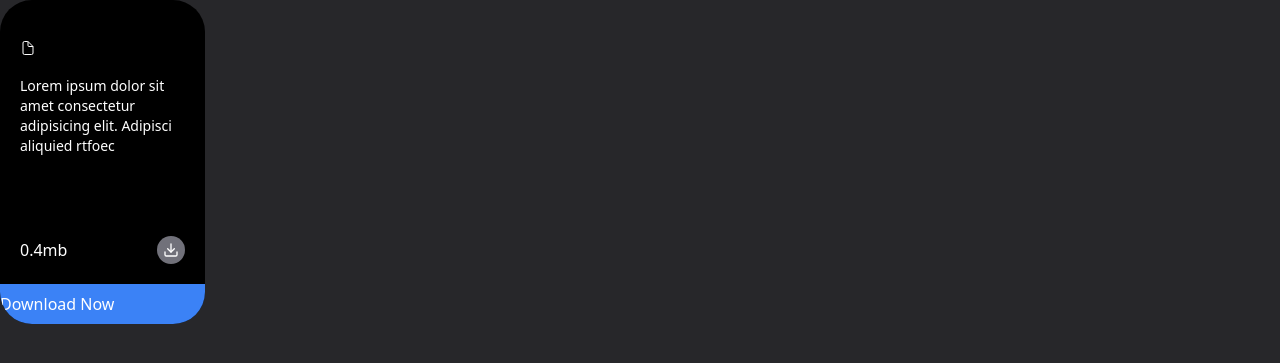
Repository: SharonSebastian32/dragable_cards
Page: /
These files come from the project's save history. The page is drawn as it stood at one moment and after the next save; the edit follows.
The browser window is 1280 px wide. The pictures show the whole page.
The project was rebuilt for these pictures with package versions that can differ from the ones it lists, and the page was loaded fresh each time. Also part of the build but not shown: vite.config.js.

Above is the page before, as saved 2024-08-21 10:30:02.

### src/App.jsx
import Background from "./Components/Background";
import Foreground from "./Components/Foreground";

const App = () => {
  return (
    <div className="w-full h-screen bg-zinc-800 relative">
      <Background />
      <Foreground/>
    </div>
  );
};
export default App;

### src/Components/Background.jsx
const Background = () => {
  return <div className="w-full h-full fixed z-[2]"> </div>;
};

export default Background;

### src/Components/Foreground.jsx
import Card from "./Card";

const Foreground = () => {
  return (
    <div className="w-full h-full fixed top-0 left-0 z-[3]">
      <Card />
    </div>
  );
};

export default Foreground;

### src/Components/Card.jsx
import { IoDocumentOutline } from "react-icons/io5";
import { LuDownload } from "react-icons/lu";
const Card = () => {
  return (
    <div className="w-[16vw] h-[45vh] rounded-[2rem] text-white px-5 py-10 bg-black relative overflow-hidden">
      <IoDocumentOutline />
      <p className="text-sm font-medium mt-5">
        Lorem ipsum dolor sit amet consectetur adipisicing elit. Adipisci
        aliquied rtfoec{" "}
      </p>
      {/* footer   */}
      <div className="footer  absolute bottom-0 left-0 w-full h-15  ">
        <div className="flex items-center justify-between p-5">
          <h5>0.4mb</h5>
          <span className="w-7 h-7 bg-zinc-500 rounded-full flex items-center justify-center cursor-pointer">
            <LuDownload />{" "}
          </span>
        </div>{" "}
        <div className="w-full h-10 bg-blue-500 flex items-center jus ">
          <h2 className=" "> Download Now </h2>
        </div>
      </div>
    </div>
  );
};

export default Card;

Loaded but not shown: index.html (common file); src/main.jsx (common file); src/index.css (common file); tailwind.config.js (common file)

After the next save:
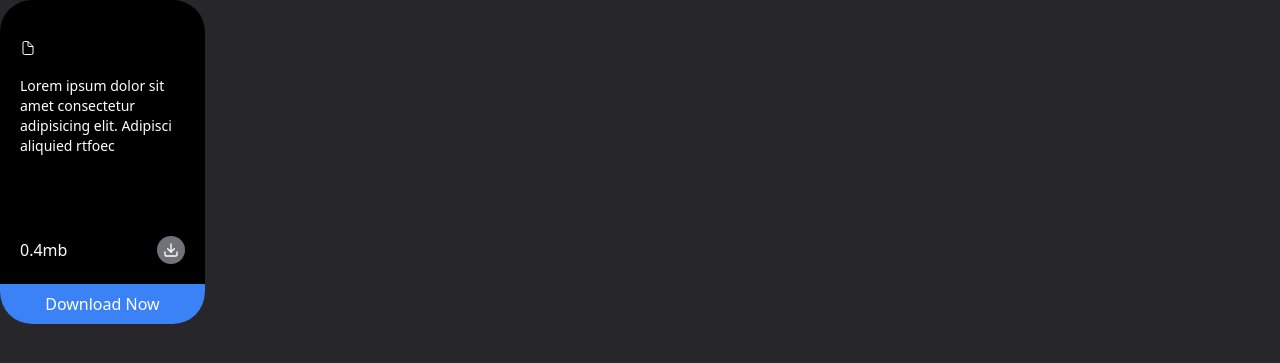
Saved 6 s later.
--- a/src/Components/Card.jsx
+++ b/src/Components/Card.jsx
@@ -16,7 +16,7 @@ const Card = () => {
             <LuDownload />{" "}
           </span>
         </div>{" "}
-        <div className="w-full h-10 bg-blue-500 flex items-center jus ">
+        <div className="w-full h-10 bg-blue-500 flex items-center justify-center ">
           <h2 className=" "> Download Now </h2>
         </div>
       </div>
